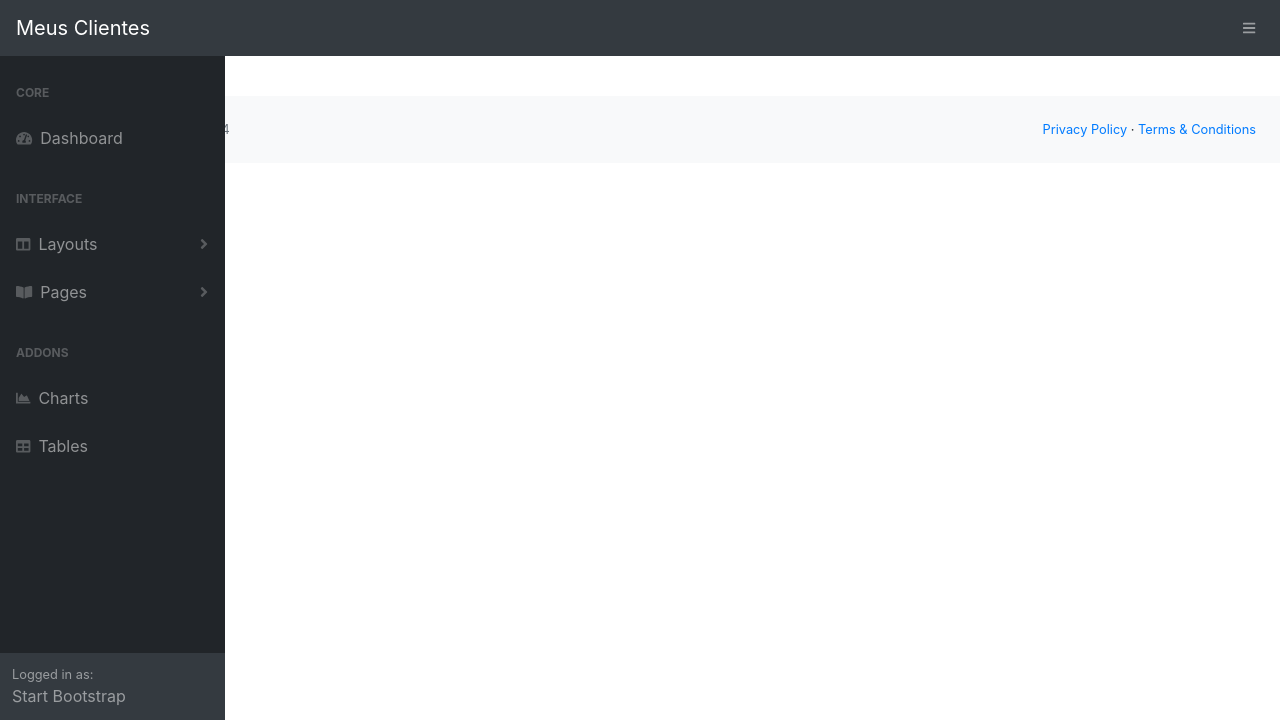
Repository: Kaio-Dias/Angular-Springboot
Page: /users-form (app in Frontend/clients-app/)
The author's editor kept a copy of each file at every save. The page is drawn from the files as they stood at one save, then again after the next save.
The browser window is 1280 px wide. The pictures show the whole page.
Some web libraries are served in a nearby version. The project was rebuilt for these pictures with package versions that can differ from the ones it lists, and the page was loaded fresh each time. Also part of the build but not shown: Frontend/clients-app/angular.json, Frontend/clients-app/src/app/home/home.component.ts.

Above is the page before, as saved 2024-07-02 22:31:40.

### Frontend/clients-app/src/index.html
<!doctype html>
<html lang="en">
<head>
  <meta charset="utf-8">
  <title>ClientsApp</title>
  <base href="/">
  <meta name="viewport" content="width=device-width, initial-scale=1">
  <link rel="icon" type="image/x-icon" href="favicon.ico">
  <script src="https://cdnjs.cloudflare.com/ajax/libs/font-awesome/5.11.2/js/all.min.js" crossorigin="anonymous"></script>
</head>
<body class="sb-nav-fixed">
  <app-root></app-root>
</body>
</html>

### Frontend/clients-app/src/app/app.component.ts
import { Component } from '@angular/core';
import { RouterModule, RouterOutlet } from '@angular/router';
import { routes } from './app.routes';

import { HomeComponent } from './home/home.component';
import {TemplateModule} from './template/template.module';
import {UsersModule} from './users/users.module';

@Component({
  selector: 'app-root',
  standalone: true,
  imports: [
    RouterOutlet,
    HomeComponent,
    TemplateModule,
    UsersModule
  ],
  templateUrl: './app.component.html',
  styleUrls: ['./app.component.css']
})
export class AppComponent {
  title = 'clients-app';
}

### Frontend/clients-app/src/app/app.routes.ts
import { Routes } from '@angular/router';
import { UsersFormComponent } from './users/users-form/users-form.component';
import { HomeComponent } from './home/home.component';

export const routes: Routes = [
    { path: '', redirectTo: '/home', pathMatch: 'full' },
    { path: 'home', component: HomeComponent },
    { path: 'users-form', component: UsersFormComponent }
];

### Frontend/clients-app/src/app/app.component.html
<app-navbar></app-navbar>
<div id="layoutSidenav">
  <app-sidebar></app-sidebar>
  <div id="layoutSidenav_content">
    <main>
      <div class="container-fluid">
        <router-outlet></router-outlet>
      </div>
      <footer class="py-4 bg-light mt-auto">
        <div class="container-fluid">
            <div class="d-flex align-items-center justify-content-between small">
                <div class="text-muted">Copyright &copy; Client Manager 2024</div>
                <div>
                    <a href="#">Privacy Policy</a>
                    &middot;
                    <a href="#">Terms &amp; Conditions</a>
                </div>
            </div>
        </div>
    </footer>
    </main>
  </div>
</div>

### Frontend/clients-app/src/app/template/template.module.ts
import { NgModule } from '@angular/core';
import { CommonModule } from '@angular/common';
import { NavbarComponent } from './navbar/navbar.component';
import {SidebarComponent } from './sidebar/sidebar.component';



@NgModule({
  declarations: [],
  imports: [
    CommonModule,
    NavbarComponent,
    SidebarComponent
  ],
  exports: [
    NavbarComponent,
    SidebarComponent
  ]
})
export class TemplateModule { }

### Frontend/clients-app/src/app/users/users.module.ts
import { NgModule } from '@angular/core';
import { CommonModule } from '@angular/common';

import { UsersRoutingModule } from './users-routing.module';
import { UsersFormComponent } from './users-form/users-form.component';


@NgModule({
  declarations: [],
  imports: [
    CommonModule,
    UsersRoutingModule,
    UsersFormComponent
  ],
  exports:[
    UsersFormComponent
  ]
})
export class UsersModule { }

### Frontend/clients-app/src/app/users/users-form/users-form.component.ts
import { Component } from '@angular/core';

@Component({
  selector: 'app-users-form',
  standalone: true,
  imports: [],
  templateUrl: './users-form.component.html',
  styleUrl: './users-form.component.css'
})
export class UsersFormComponent {

}

### Frontend/clients-app/src/app/template/navbar/navbar.component.ts
import { Component, AfterViewInit } from '@angular/core';

@Component({
  selector: 'app-navbar',
  standalone: true,
  imports: [],
  templateUrl: './navbar.component.html',
  styleUrl: './navbar.component.css'
})
export class NavbarComponent {

}

### Frontend/clients-app/src/app/users/users-routing.module.ts
import { NgModule } from '@angular/core';
import { RouterModule, Routes } from '@angular/router';
import { UsersFormComponent } from './users-form/users-form.component';

const routes: Routes = [
  { path: 'users-form', component: UsersFormComponent}
];

@NgModule({
  imports: [RouterModule.forChild(routes)],
  exports: [RouterModule]
})
export class UsersRoutingModule { }

### Frontend/clients-app/src/app/users/users-form/users-form.component.html
<p>users-form works!</p>

### Frontend/clients-app/src/app/template/navbar/navbar.component.html
<nav class="sb-topnav navbar navbar-extend navbar-dark bg-dark">
    <a class="navbar-brand" href="#">Meus Clientes</a>
    <button class="btn btn-link btn-sm order-1 order-lg-0" id="sidebarToggle">
        <i class="fas fa-bars"></i>
    </button>
</nav>

### Frontend/clients-app/src/app/template/sidebar/sidebar.component.html
<div id="layoutSidenav">
    <div id="layoutSidenav_nav">
        <nav class="sb-sidenav accordion sb-sidenav-dark" id="sidenavAccordion">
            <div class="sb-sidenav-menu">
                <div class="nav">
                    <div class="sb-sidenav-menu-heading">Core</div>
                    <a class="nav-link" href="index.html"
                        ><div class="sb-nav-link-icon"><i class="fas fa-tachometer-alt"></i></div>
                        Dashboard</a
                    >
                    <div class="sb-sidenav-menu-heading">Interface</div>
                    <a class="nav-link collapsed" href="#" data-toggle="collapse" data-target="#collapseLayouts" aria-expanded="false" aria-controls="collapseLayouts"
                        ><div class="sb-nav-link-icon"><i class="fas fa-columns"></i></div>
                        Layouts
                        <div class="sb-sidenav-collapse-arrow"><i class="fas fa-angle-down"></i></div
                    ></a>
                    <div class="collapse" id="collapseLayouts" aria-labelledby="headingOne" data-parent="#sidenavAccordion">
                        <nav class="sb-sidenav-menu-nested nav"><a class="nav-link" href="layout-static.html">Static Navigation</a><a class="nav-link" href="layout-sidenav-light.html">Light Sidenav</a></nav>
                    </div>
                    <a class="nav-link collapsed" href="#" data-toggle="collapse" data-target="#collapsePages" aria-expanded="false" aria-controls="collapsePages"
                        ><div class="sb-nav-link-icon"><i class="fas fa-book-open"></i></div>
                        Pages
                        <div class="sb-sidenav-collapse-arrow"><i class="fas fa-angle-down"></i></div
                    ></a>
                    <div class="collapse" id="collapsePages" aria-labelledby="headingTwo" data-parent="#sidenavAccordion">
                        <nav class="sb-sidenav-menu-nested nav accordion" id="sidenavAccordionPages">
                            <a class="nav-link collapsed" href="#" data-toggle="collapse" data-target="#pagesCollapseAuth" aria-expanded="false" aria-controls="pagesCollapseAuth"
                                >Authentication
                                <div class="sb-sidenav-collapse-arrow"><i class="fas fa-angle-down"></i></div
                            ></a>
                            <div class="collapse" id="pagesCollapseAuth" aria-labelledby="headingOne" data-parent="#sidenavAccordionPages">
                                <nav class="sb-sidenav-menu-nested nav"><a class="nav-link" href="login.html">Login</a><a class="nav-link" href="register.html">Register</a><a class="nav-link" href="password.html">Forgot Password</a></nav>
                            </div>
                            <a class="nav-link collapsed" href="#" data-toggle="collapse" data-target="#pagesCollapseError" aria-expanded="false" aria-controls="pagesCollapseError"
                                >Error
                                <div class="sb-sidenav-collapse-arrow"><i class="fas fa-angle-down"></i></div
                            ></a>
                            <div class="collapse" id="pagesCollapseError" aria-labelledby="headingOne" data-parent="#sidenavAccordionPages">
                                <nav class="sb-sidenav-menu-nested nav"><a class="nav-link" href="401.html">401 Page</a><a class="nav-link" href="404.html">404 Page</a><a class="nav-link" href="500.html">500 Page</a></nav>
                            </div>
                        </nav>
                    </div>
                    <div class="sb-sidenav-menu-heading">Addons</div>
                    <a class="nav-link" href="charts.html"
                        ><div class="sb-nav-link-icon"><i class="fas fa-chart-area"></i></div>
                        Charts</a
                    ><a class="nav-link" href="tables.html"
                        ><div class="sb-nav-link-icon"><i class="fas fa-table"></i></div>
                        Tables</a
                    >
                </div>
            </div>
            <div class="sb-sidenav-footer">
                <div class="small">Logged in as:</div>
                Start Bootstrap
            </div>
        </nav>
    </div>

Loaded but not shown: Frontend/clients-app/src/styles.css (library); Frontend/clients-app/src/main.ts (common file); Frontend/clients-app/src/app/app.config.ts (common file); Frontend/clients-app/src/app/app.component.css (library); Frontend/clients-app/src/app/template/sidebar/sidebar.component.ts (common file); Frontend/clients-app/src/app/template/navbar/navbar.component.css (no stored copy; drawn as an empty file); Frontend/clients-app/src/app/template/sidebar/sidebar.component.css (no stored copy; drawn as an empty file); Frontend/clients-app/src/app/users/users-form/users-form.component.css (no stored copy; drawn as an empty file)

After the next save:
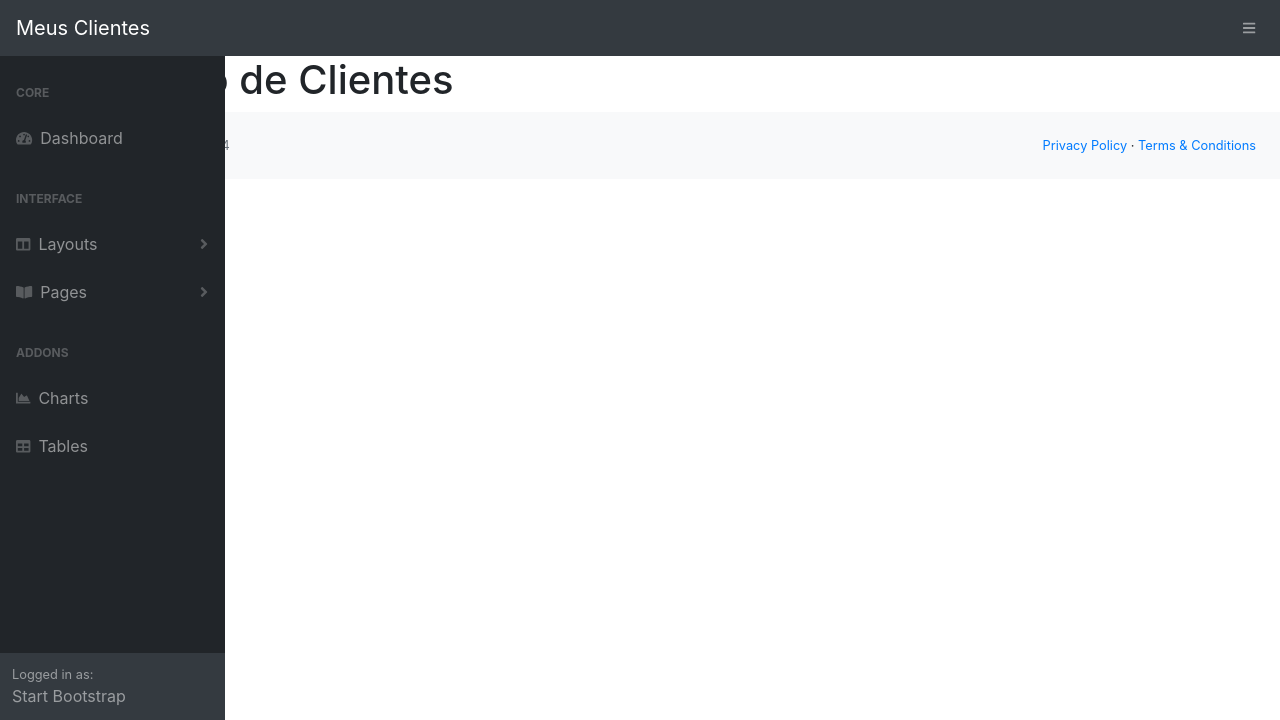
Saved 4 min 53 s later.
--- a/Frontend/clients-app/src/app/users/users-form/users-form.component.html
+++ b/Frontend/clients-app/src/app/users/users-form/users-form.component.html
@@ -1 +1 @@
-<p>users-form works!</p>
+<h1>Formulario de Clientes</h1>
